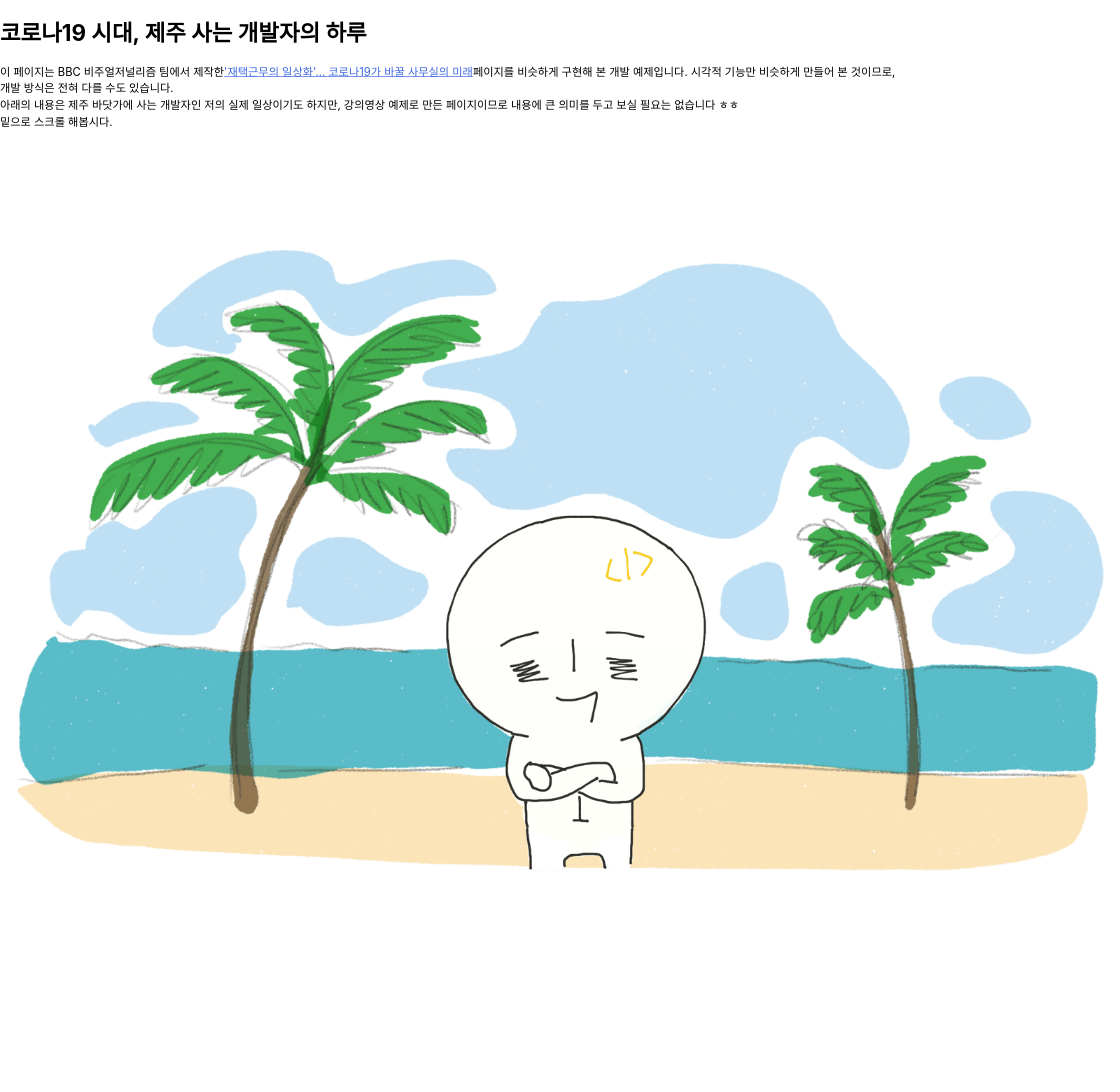
Repository: westone034626/ReactPractice
Page: /
The author's editor kept a copy of each file at every save. The page is drawn from the files as they stood at one save, then again after the next save.
The browser window is 1280 px wide. The page is 1600 px wide, then 1280 px, so the pictures cover 1600 px, including what lies to the right of the window. The pictures show the part of the page from y = 0 to 1560 px (the page is 12081 px tall before and 9921 px after), at 70% of full size.
The project was rebuilt for these pictures with package versions that can differ from the ones it lists, and the page was loaded fresh each time. Also part of the build but not shown: src/App.css.

Above is the page before, as saved 2021-10-31 23:24:19.

### src/App.js
import './App.css';
import styles from './App.module.css';

function App() {
  return (
    <div className={styles.body}>
      <header className="header">
        <div className="globalWidth">
          <h1 className="pageTitle">코로나19 시대, 제주 사는 개발자의 하루</h1>
          <p>
            이 페이지는 BBC 비주얼저널리즘 팀에서 제작한
            <a
              href="https://www.bbc.com/korean/resources/idt-48d3c9a7-4063-4289-9726-611b5ea9d7b5"
              target="_blank"
            >
              '재택근무의 일상화'... 코로나19가 바꿀 사무실의 미래
            </a>
            페이지를 비슷하게 구현해 본 개발 예제입니다. 시각적 기능만 비슷하게
            만들어 본 것이므로, 개발 방식은 전혀 다를 수도 있습니다.
            <br />
            아래의 내용은 제주 바닷가에 사는 개발자인 저의 실제 일상이기도
            하지만, 강의영상 예제로 만든 페이지이므로 내용에 큰 의미를 두고 보실
            필요는 없습니다 ㅎㅎ
            <br />
            밑으로 스크롤 해봅시다.
          </p>
        </div>
      </header>
      <section className="scrollContent">
        <div className="scrollGraphic">
          <div className="graphicItem">
            <img className="sceneImg" src="img/00.png" alt="" />
          </div>
          <div className="graphicItem">
            <img className="sceneImg" src="img/01.png" alt="" />
          </div>
          <div className="graphicItem" data-action="birdFlies">
            <img className="sceneImg" src="img/02.png" alt="" />
          </div>
          <div className="graphicItem">
            <img className="sceneImg" src="img/bird.gif" alt="" />
          </div>
          <div className="graphicItem">
            <img className="sceneImg" src="img/03.png" alt="" />
          </div>
          <div className="graphicItem" data-action="birdFlies2">
            <img className="sceneImg" src="img/04.png" alt="" />
          </div>
          <div className="graphicItem">
            <img className="sceneImg" src="img/05.png" alt="" />
          </div>
          <div className="graphicItem">
            <img className="sceneImg" src="img/06.png" alt="" />
          </div>
          <div className="graphicItem">
            <img className="sceneImg" src="img/07.png" alt="" />
          </div>
          <div className="graphicItem">
            <img className="sceneImg" src="img/08.png" alt="" />
          </div>
        </div>
        <div className="scrollText globalWidth">
          <div className="step">
            <p>
              일분이를 소개한다.
              <br />
              <br />
              <a href="https://studiomeal.com" target="_blank">
                1분코딩
              </a>
              의 마스코트이며 제주 바닷가에 사는 개발자인 일분이는 코로나19
              이전부터 재택근무를 해왔지만, 코로나19는 일분이의 생활에도 변화를
              주었다.
            </p>
          </div>
          <div className="step">
            <p>아침에 일어나면, 커피를 내리며 정신을 차린다.</p>
          </div>
          <div className="step">
            <p>
              사회적 거리두기를 위해 한적한 바닷길쪽으로 러닝을 한다.
              <br />
              가끔 만나는 바닷새와 눈인사를 나눈다.
            </p>
          </div>
          <div className="step">
            <p>맞다, 트위터의 걔.</p>
          </div>
          <div className="step">
            <p>운동을 마치고 집에 돌아와 작업을 시작한다.</p>
          </div>
          <div className="step">
            <p>
              밥은 집에서 먹거나, 테이크아웃이 가능한 메뉴를 골라 탁 트인
              야외에서 먹는다. 물론 사회적 거리두기를 하기 위함이다.
            </p>
          </div>
          <div className="step">
            <p>
              보통 오후 작업은 집 근처의 일하기 좋은 카페에서 해왔지만, 코로나19
              이후에는 집에서 하는 날이 많아졌다.
            </p>
          </div>
          <div className="step">
            <p>
              라면 매니아 답게 유튜브로
              <a
                href="https://www.youtube.com/channel/UCYzTR8jV9_xv1p25N2dNBQQ"
                target="_blank"
              >
                라면소녀
              </a>
              채널을 보며 간식으로 라면을 먹는다.
            </p>
          </div>
          <div className="step">
            <p>
              자기 전, 가끔
              <a
                href="https://www.youtube.com/channel/UCkTRKCuFrRiXQm_gMG1uDvg"
                target="_blank"
              >
                요가소년
              </a>
              채널을 보며 요가를 한다.
            </p>
          </div>
          <div className="step">
            <p>
              일과를 마치고
              <span className="strikethrough">폰질을 한다</span> 잠자리에 든다.
            </p>
          </div>
        </div>
      </section>
      <section className="normalContent globalWidth">
        <h2>도시를 떠나는 사람들</h2>
        <p>
          원격근무 하시는 개발자 디자이너분들, 제주로 오세요. 진짜 좋아요. Lorem
          ipsum dolor sit amet consectetur adipisicing elit. Blanditiis ullam
          culpa ab, laborum repellat ut quae deleniti nostrum sapiente illum!
        </p>
        <h2>언택트 시대가 온다</h2>
        <p>
          언택트(Untact)'란 '콘택트(contact: 접촉하다)'에서 부정의 의미인
          '언(un-)을 합성한 말로, 기술의 발전을 통해 비대면으로 이루어지는 활동
          경향을 의미한다. Lorem ipsum dolor sit amet consectetur adipisicing
          elit. Nam provident voluptatum numquam dolorum, quod odio.
        </p>
        <h2>내일은 어떤 모습일까</h2>
        <p>
          똑같겠지 다를게 있나 Lorem, ipsum dolor sit amet consectetur
          adipisicing elit. Qui impedit numquam atque quidem quos facere
          obcaecati deleniti labore culpa esse nostrum dicta earum rem ducimus,
          voluptates eligendi voluptate exercitationem dolorem!
        </p>
      </section>
      <footer className="globalFooter">
        <a
          href="https://www.youtube.com/channel/UC_s1FC7s5YVwDImzv-WG93Q"
          target="blank"
        >
          1분코딩
        </a>
      </footer>
    </div>
  );
}

export default App;

### src/App.module.css
.body {
  margin: 0;
}

a {
  color: royalblue;
}

img {
  maxWidth: 100%;
  height: auto;
}

.globalWidth {
  maxWidth: 620px;
  margin: '0 auto';
  padding: '0 1rem';
}

.scrollGraphic {
  position: 'sticky';
  top: 0;
  height: '100vh';
}

.graphicItem {
  position: 'absolute';
  left: 0;
  top: 0;
  width: '100%';
  height: '100%';
  display: 'flex';
  justify-content: 'center';
  align-items: 'center';
  opacity: 0;
  transition: '0.5s';
}

.visible {
  opacity: 1;
}

.sceneImg {
  max-height: 100%;
}

.scrollText {
  position: relative;
  padding-bottom: 1px;
}

.step {
  margin-bottom: 60vh;
  background-color: rgba(255, 255, 255, 0.8);
  padding: 0.5rem 1rem;
  border-radius: 10px;
  box-shadow: rgba(0, 0, 0, 0.3) 0 0 3px;
}

Loaded but not shown: public/index.html (common file); src/index.js (common file); src/index.css (common file); src/reportWebVitals.js (common file)

After the next save:
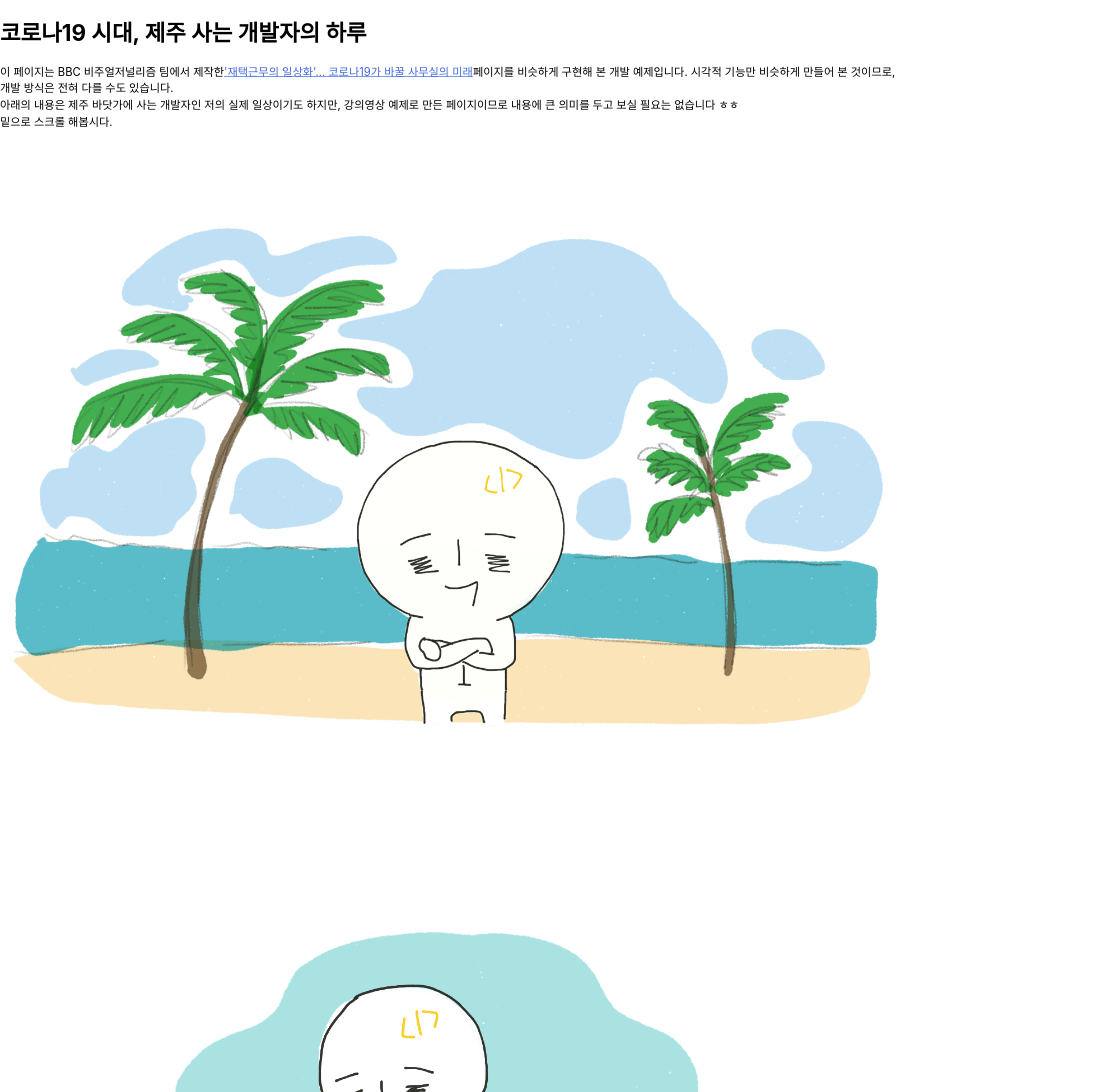
Saved 24 s later.
--- a/src/App.module.css
+++ b/src/App.module.css
@@ -7,33 +7,33 @@ a {
 }
 
 img {
-  maxWidth: 100%;
+  max-width: 100%;
   height: auto;
 }
 
 .globalWidth {
-  maxWidth: 620px;
-  margin: '0 auto';
-  padding: '0 1rem';
+  max-width: 620px;
+  margin: 0 auto;
+  padding: 0 1rem;
 }
 
 .scrollGraphic {
-  position: 'sticky';
+  position: sticky;
   top: 0;
-  height: '100vh';
+  height: 100vh;
 }
 
 .graphicItem {
-  position: 'absolute';
+  position: absolute;
   left: 0;
   top: 0;
-  width: '100%';
-  height: '100%';
-  display: 'flex';
-  justify-content: 'center';
-  align-items: 'center';
+  width: 100%;
+  height: 100%;
+  display: flex;
+  justify-content: center;
+  align-items: center;
   opacity: 0;
-  transition: '0.5s';
+  transition: 0.5s;
 }
 
 .visible {
